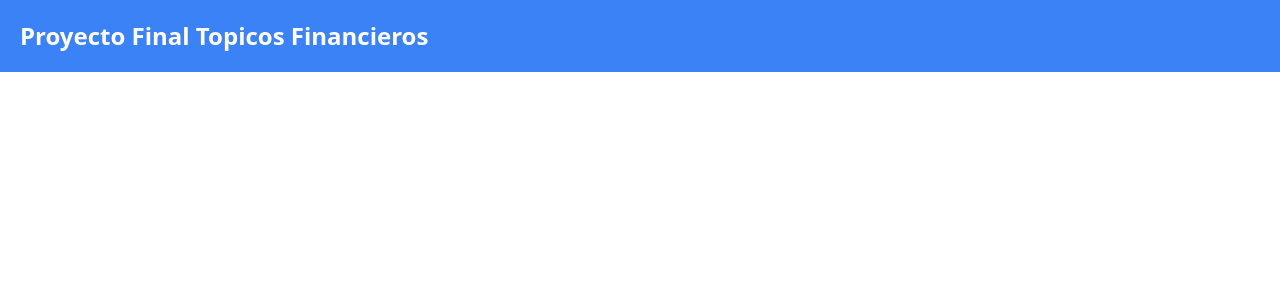
Repository: SistemaACT/Portafolio
Page: /
The author's editor kept a copy of each file at every save. The page is drawn from the files as they stood at one save, then again after the next save.
The browser window is 1280 px wide. The pictures show the whole page.
The project was rebuilt for these pictures with package versions that can differ from the ones it lists, and the page was loaded fresh each time. The framework's server and built-in components were replaced by stand-ins that run in the browser. Also part of the build but not shown: svelte.config.js, vite.config.ts.

Above is the page before, as saved 2024-07-06 23:43:24.

### src/routes/+page.svelte
<div class="w-full bg-blue-500 text-white p-5 text-2xl font-bold">
    Proyecto Final Topicos Financieros
</div>

Loaded but not shown: src/app.html (common file); src/routes/+layout.svelte (common file); src/app.css (common file); tailwind.config.js (common file)

After the next save:
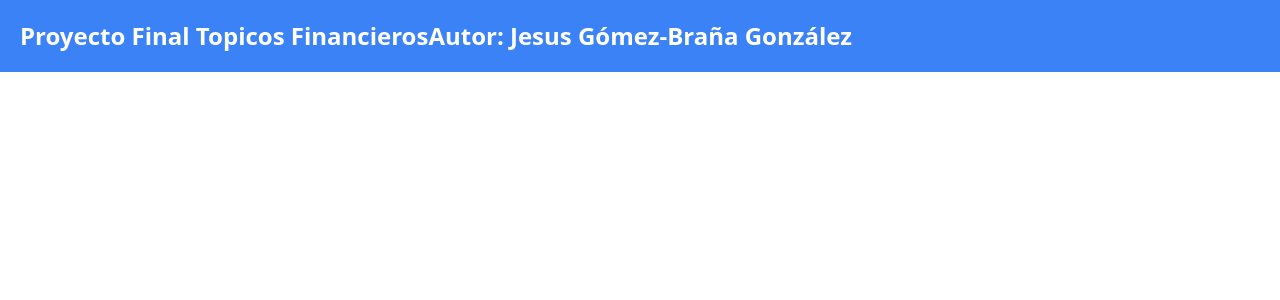
Saved 39 s later.
--- a/src/routes/+page.svelte
+++ b/src/routes/+page.svelte
@@ -1,3 +1,7 @@
-<div class="w-full bg-blue-500 text-white p-5 text-2xl font-bold">
-    Proyecto Final Topicos Financieros
+<div class="w-full bg-blue-500 text-white p-5 text-2xl font-bold flex">
+    <h1>
+        Proyecto Final Topicos Financieros
+    </h1>
+    <p>Autor: Jesus Gómez-Braña González</p>
+
 </div>
